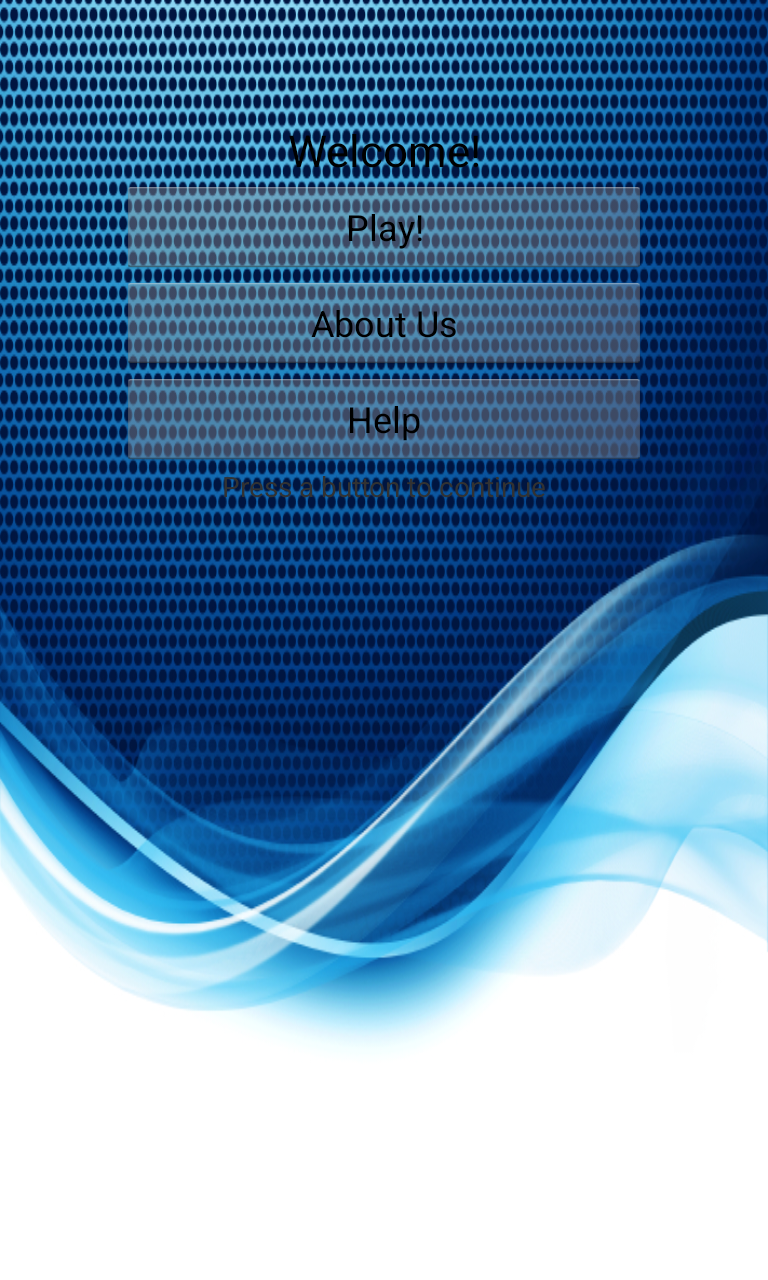
Repository: AGNT/Mobile_application_SU13
Layout: android/Locate/res/layout/activity_menu.xml
An editor plug-in stored every save of this project. The layout is shown before and after the next save, followed by the edit.
It is drawn on a 768 x 1280 px phone screen (xhdpi) without system bars, with theme AppTheme; the app's code is not run.

Above is the layout before, as saved 2013-08-10 07:31:29.

After the next save:
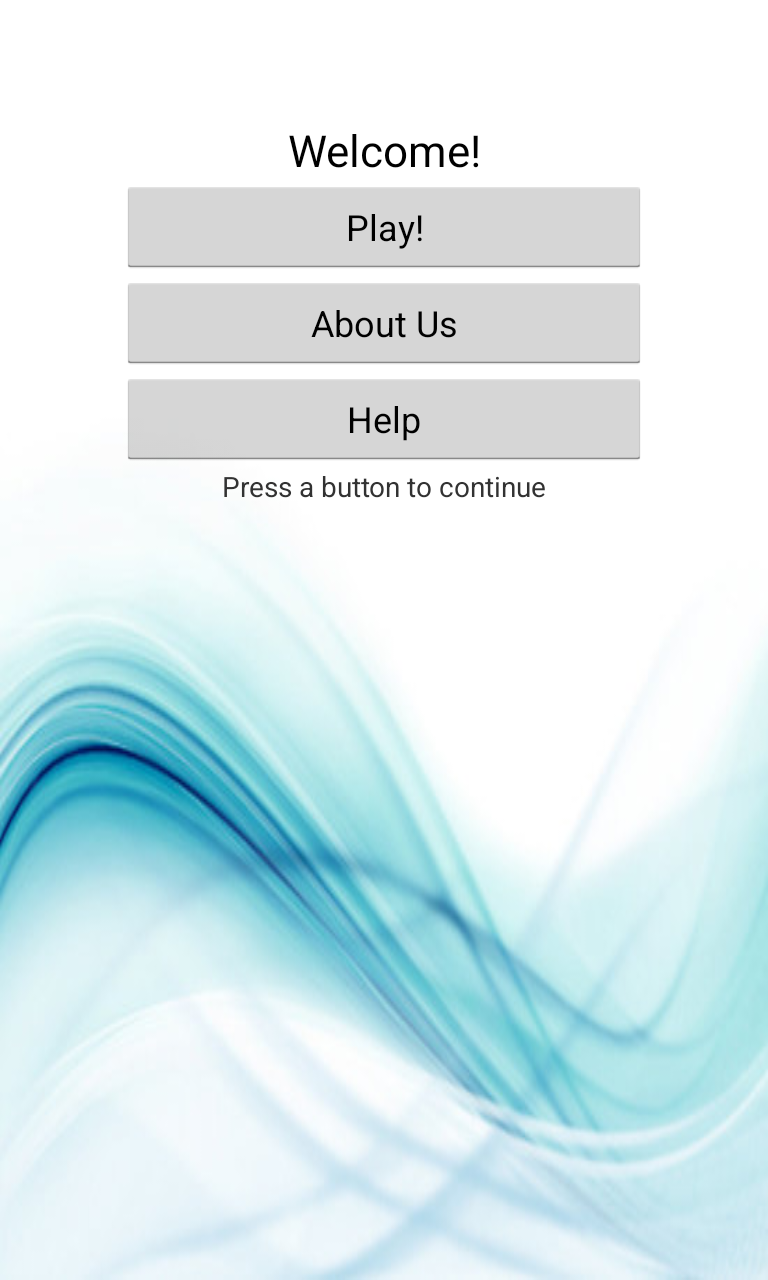
Saved 3 min 17 s later.
--- a/android/Locate/res/layout/activity_menu.xml
+++ b/android/Locate/res/layout/activity_menu.xml
@@ -9,7 +9,7 @@
     android:paddingRight="@dimen/activity_horizontal_margin"
     android:paddingTop="@dimen/activity_vertical_margin"
     tools:context=".Menu"
-    android:background="@drawable/patterns" >
+    android:background="@drawable/pattern2" >
 
     <TextView
         android:id="@+id/textView1"
